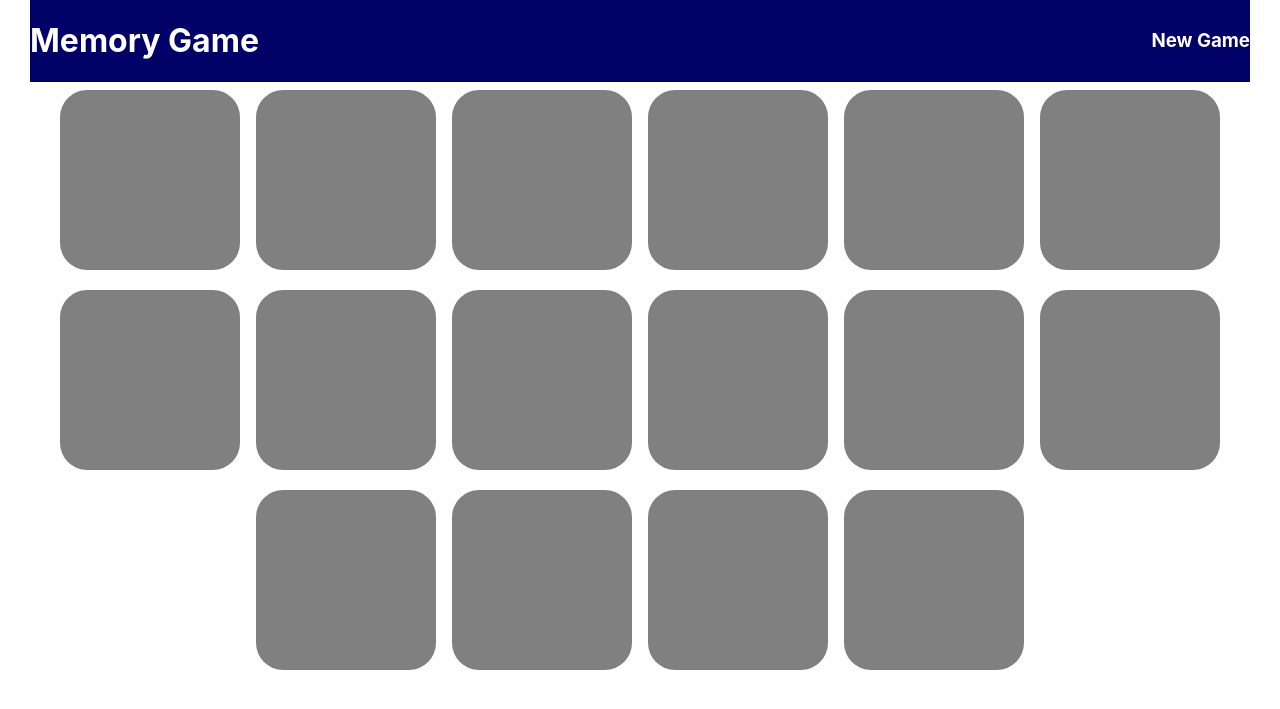
Repository: sokafootball/memory_game
Page: /
These files come from the project's save history. The page is drawn as it stood at one moment and after the next save; the edit follows.
The browser window is 1280 px wide. The pictures show the whole page.
The project was rebuilt for these pictures with package versions that can differ from the ones it lists, and the page was loaded fresh each time.

Above is the page before, as saved 2019-01-21 12:50:23.

After the next save:
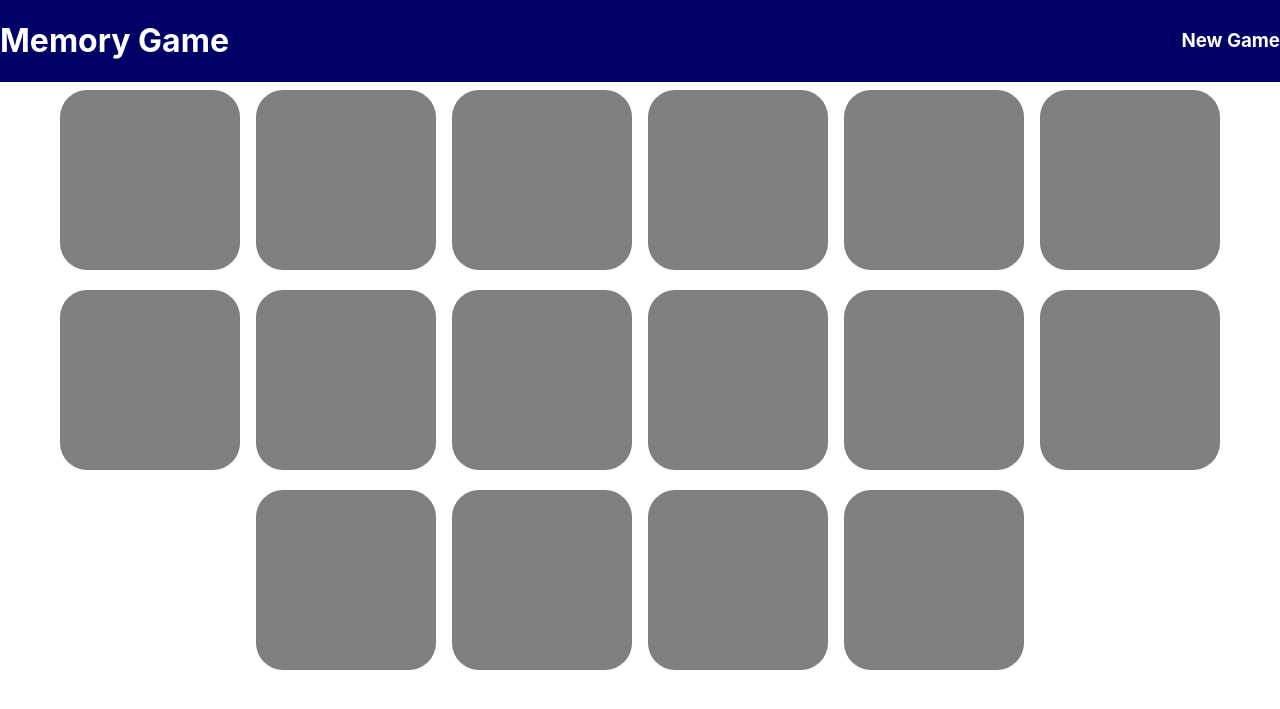
Saved 21 s later.
--- a/src/Navbar.css
+++ b/src/Navbar.css
@@ -5,7 +5,7 @@ h3 {
 .mainBar {
   color: white;
   background: #000066;
-  margin: 0px 30px;
+
   display: flex;
   justify-content: space-between;
   align-items: center;
